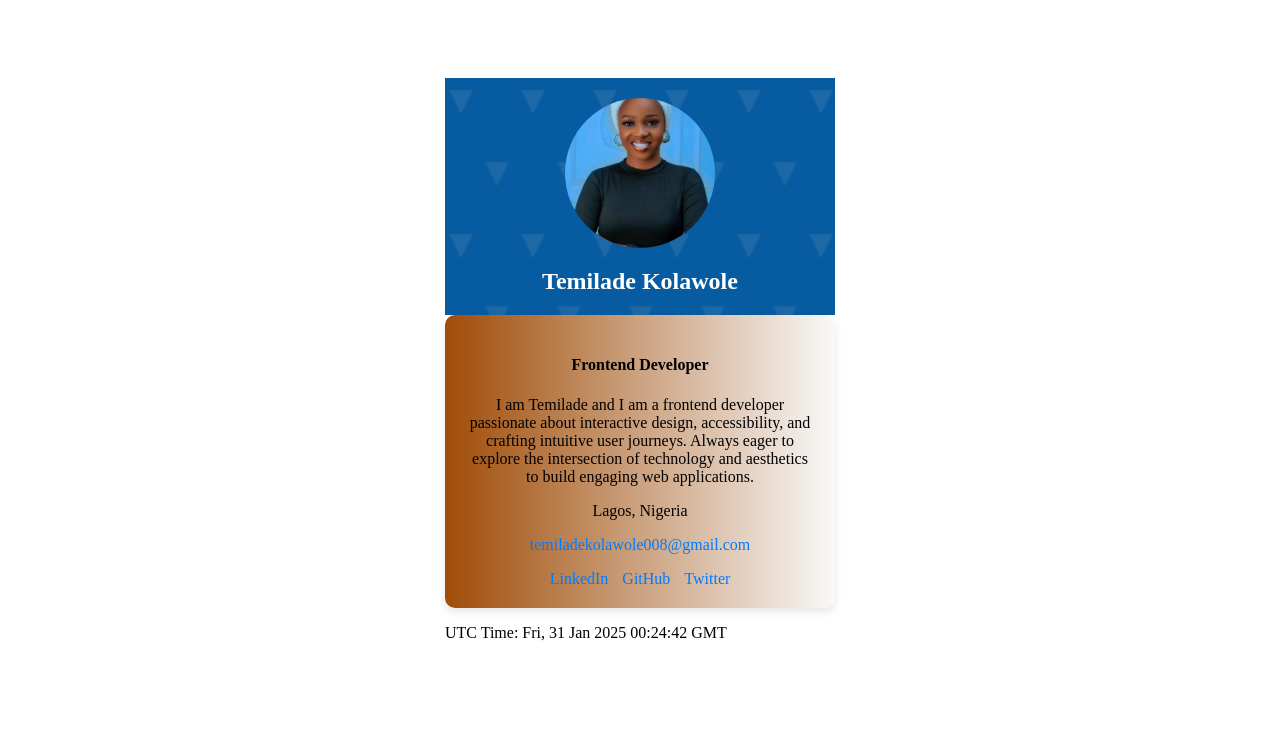
Repository: KolawoleTemilade/ticket-guarantor
Page: profilecard/index..html
The author's editor kept a copy of each file at every save. The page is drawn from the files as they stood at one save, then again after the next save.
The browser window is 1280 px wide. The pictures show the whole page.

Above is the page before, as saved 2025-02-04 17:21:22.

### profilecard/index..html
<!DOCTYPE html>
<html lang="en">
<head>
    <meta charset="UTF-8">
    <meta name="viewport" content="width=device-width, initial-scale=1.0">
    <title>Profile Card</title>
    <link rel="stylesheet" href="style.css">
</head>
<body>
    <section >
        <div class="background" style="background-image: url('./asset/bgo.svg');">
            <img src="./asset/profile.jpg" alt="Profile Picture" data-testid="profilePicture">
            <h2 class="fullname" data-testid="fullName">Temilade Kolawole</h2>
        </div>
        <div class="card" >
        <h4 data-testid="jobTitle">Frontend Developer</h4>
        <p data-testid="shortBio">
            I am Temilade and I am a frontend developer passionate about interactive design,
            accessibility, and crafting intuitive user journeys. Always eager to explore
            the intersection of technology and aesthetics to build engaging web applications.
        </p>
        <p data-testid="currentLocation">Lagos, Nigeria</p>
        <p data-testid="emailAddress">
            <a href="mailto:temiladekolawole008@gmail.com" target="_blank">
                temiladekolawole008@gmail.com
            </a>
        </p>
        <div class="social-links" data-testid="socialLinks">
            <a href="https://linkedin.com/in/temiladekolawole13" target="_blank">LinkedIn</a>
            <a href="https://github.com/kolawoleTemilade" target="_blank">GitHub</a>
            <a href="https://twitter.com/temmie415" target="_blank">Twitter</a>
        </div>
    </div>
        <p data-testid="currentTimeUTC" id="utcTime"></p>
    </section>

    <script>
        // Update UTC time every second
        function updateTime() {
            const utcTime = new Date().toUTCString();
            document.getElementById('utcTime').textContent = `UTC Time: ${utcTime}`;
        }

        // Initial call and set interval
        updateTime();
        setInterval(updateTime, 1000);
    </script>
</body>
</html>

### profilecard/style.css
body {
  display: flex;
  align-items: center;
  justify-content: center;
  height: 100vh;
}

.card {
  background: #fff;
  padding: 20px;
  border-radius: 10px;
  box-shadow: 0 4px 8px rgba(0, 0, 0, 0.1);
  text-align: center;
  max-width: 350px;
  width: 100%;
  background: linear-gradient(to right, #A04C07, #f8f9fa);
}
.background {
  width: 100%;
  padding: 0;
  display: flex;
  flex-direction: column;
  justify-content: center;
  align-items: center;
}
img {
  width: 150px;
  height: 150px;
  border-radius: 50%;
  object-fit: cover;
  margin-top: 20px;
}
a {
  margin: 0 5px;
  text-decoration: none;
  color: #007bff;
}
.fullname {
  color: #fff;
}

After the next save:
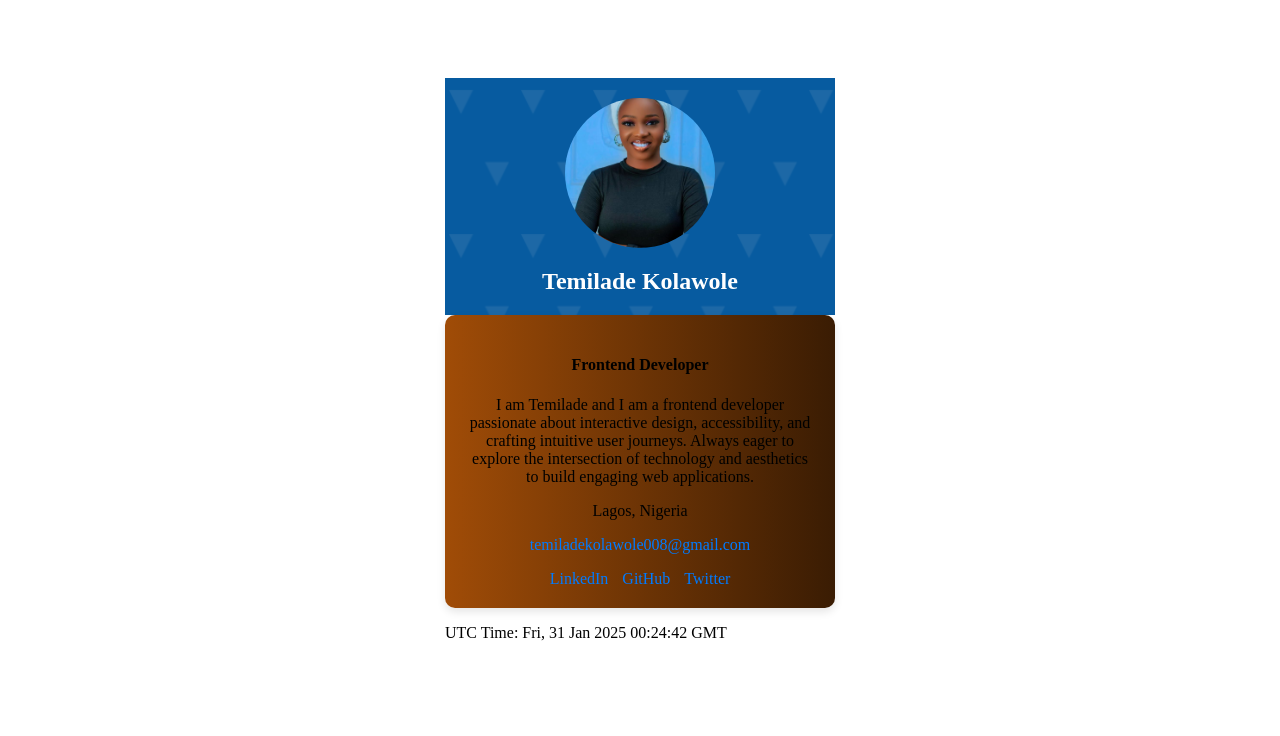
Saved 18 s later.
--- a/profilecard/style.css
+++ b/profilecard/style.css
@@ -13,7 +13,7 @@ body {
   text-align: center;
   max-width: 350px;
   width: 100%;
-  background: linear-gradient(to right, #A04C07, #f8f9fa);
+  background: linear-gradient(to right, #A04C07, #3A1C03);
 }
 .background {
   width: 100%;
